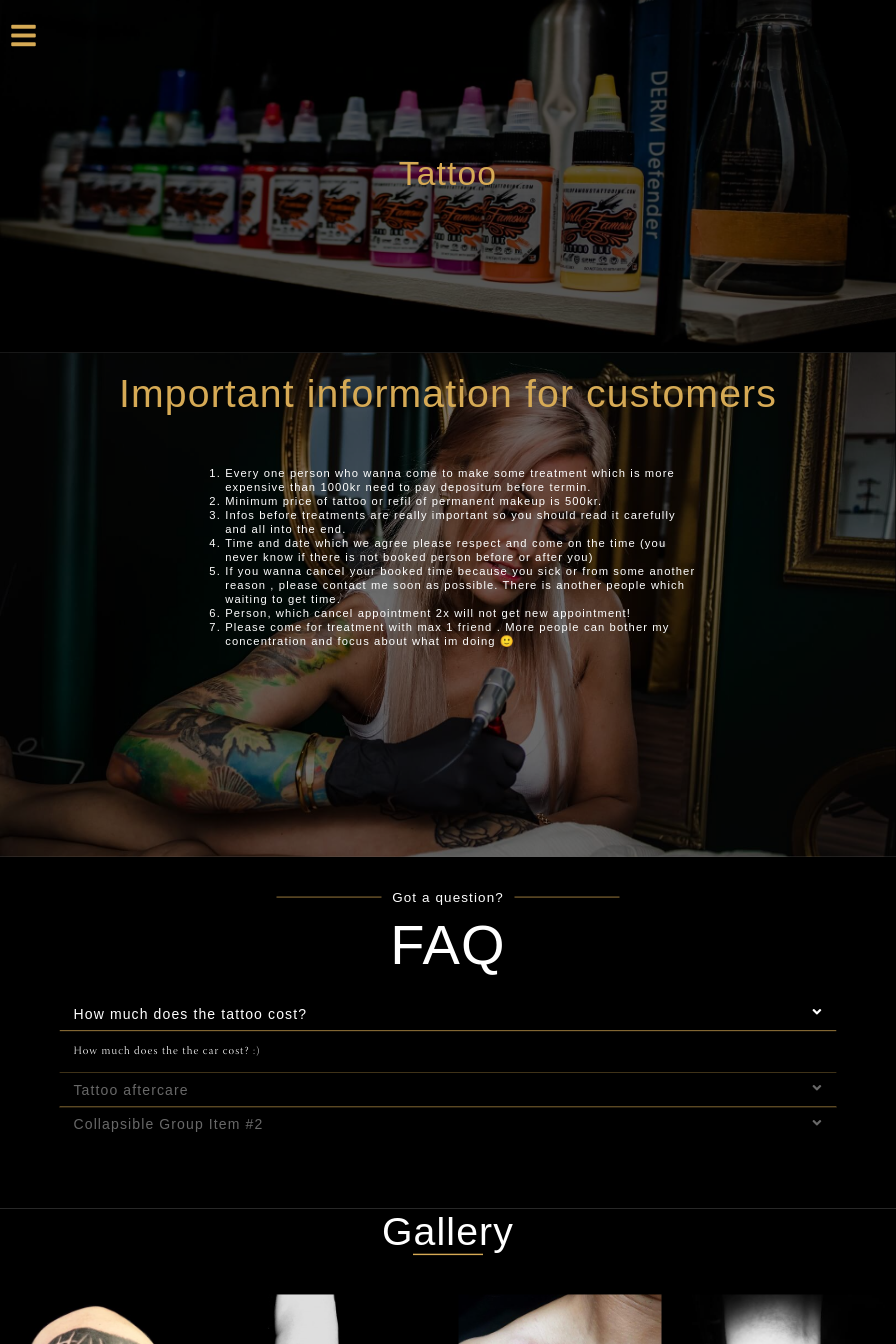
Repository: Spreceriany/TattooWeb
Page: tattoo-en.html
An editor plug-in stored every save of this project. The page is shown before and after the next save, followed by the edit.
The browser window is 1280 px wide. The pictures show the part of the page from y = 0 to 1920 px (the page is 3497 px tall), at 70% of full size.
Backgrounds fixed to the window are drawn as part of the page. Some web fonts or font styles are not loaded; a fallback is used. Some web libraries are served in a nearby version.

Above is the page before, as saved 2020-04-23 19:07:52.
Console error: TypeError: Cannot read properties of null (reading 'addEventListener')

After the next save:
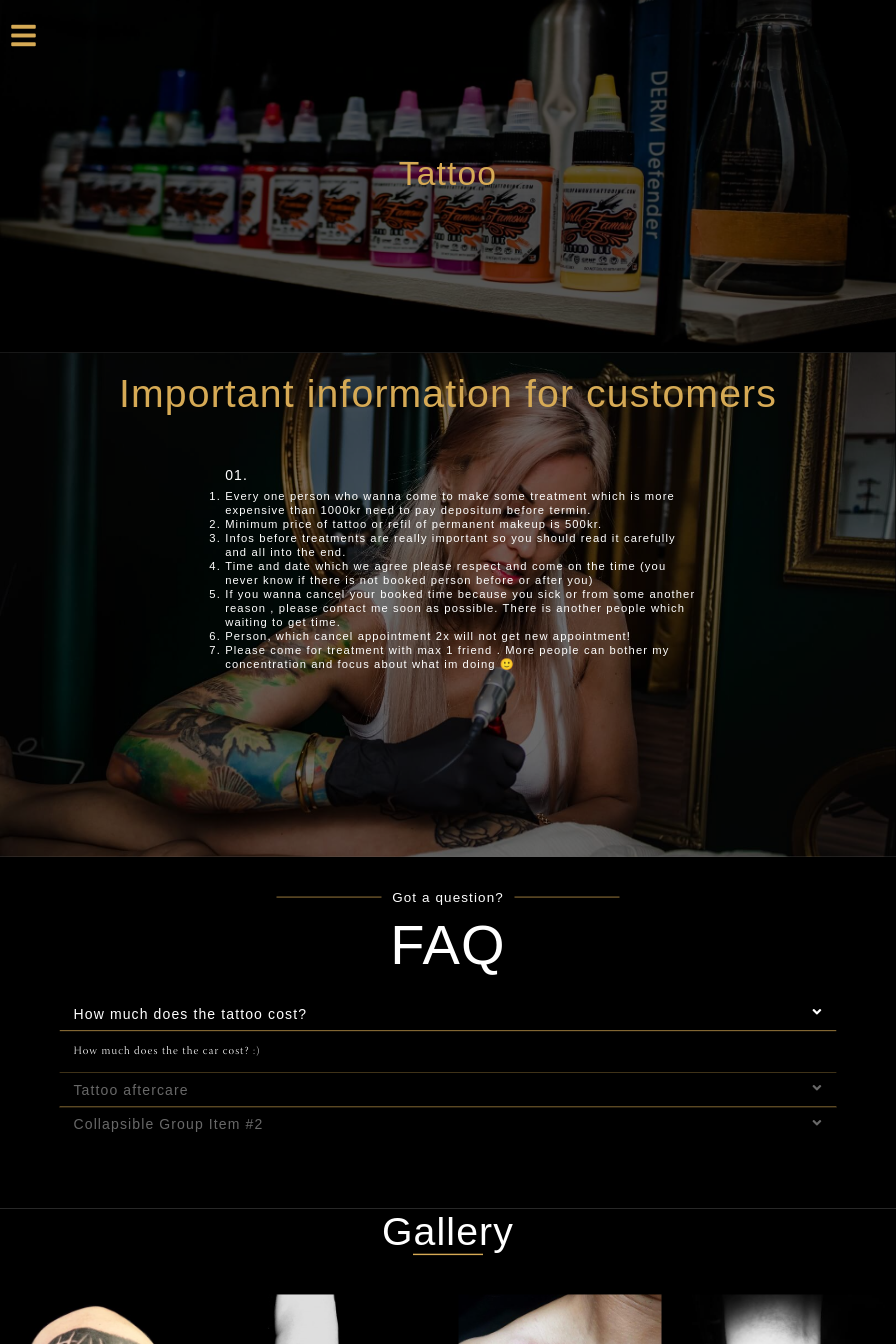
Saved 3 min 8 s later.
--- a/tattoo-en.html
+++ b/tattoo-en.html
@@ -79,6 +79,7 @@
       <div class=" col-sm-7 pt-3">
 
           <ol class="text-white">
+            <h5 class="inline-block">01.</h5>
             <li>Every one person who wanna come to make some treatment which is more expensive than 1000kr need to pay depositum before termin. </li>
             <li>Minimum price of tattoo or refil of permanent makeup is 500kr.</li>
             <li>Infos before treatments are really important so you should read it carefully and all into the end. </li>
